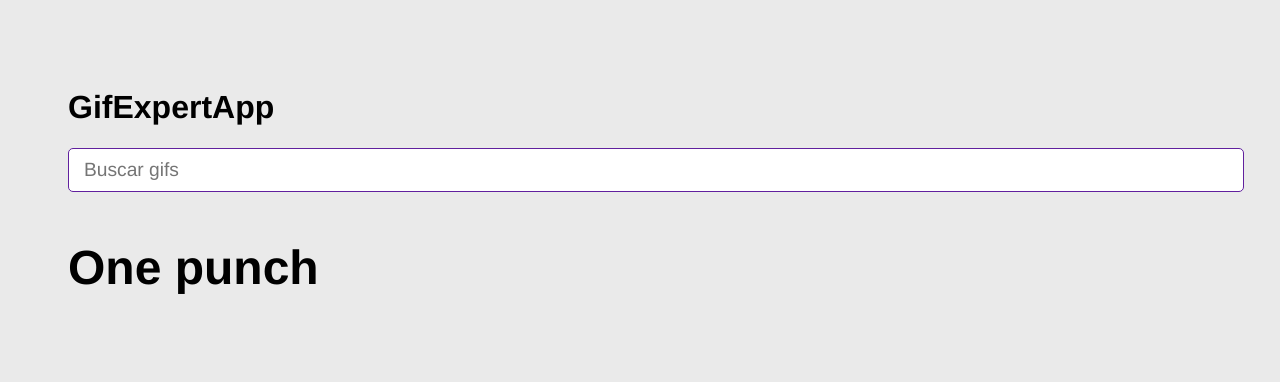
Repository: mmg0206/react-gif-expert
Page: /
The author's editor kept a copy of each file at every save. The page is drawn from the files as they stood at one save, then again after the next save.
The browser window is 1280 px wide. The pictures show the whole page.
The page's requests for data from a server got no answer. The project was rebuilt for these pictures with package versions that can differ from the ones it lists, and the page was loaded fresh each time. No one was signed in, and anything a server would have sent is missing. Also part of the build but not shown: vite.config.js, src/components/GifItem.jsx.

Above is the page before, as saved 2024-04-17 12:08:31.

### src/main.jsx
import React from 'react'
import ReactDOM from 'react-dom/client'
import { GifExpertApp } from './GifExpertApp.jsx'
import './styles.css';

if (import.meta.hot) {
  import.meta.hot.on(
    "vite:beforeUpdate",
    /* eslint-disable-next-line no-console */
    () => console.clear()
  );
}

ReactDOM.createRoot(document.getElementById('root')).render(
  <React.StrictMode>
    <GifExpertApp/>
  </React.StrictMode>
)

### src/GifExpertApp.jsx
import { useState } from "react";
import {AddCategory} from "./components/AddCategory";
import GifGrid from "./components/GifGrid";

export const GifExpertApp = () => {
  // const apiKey ='Ls33XwmjLip5m9fo9lFfzjgpz7a8Isa8';
  const [categories, setCategories] = useState(['One punch']);

  const onAddCategory = (newValue)=>{
    if(categories.includes(newValue)) return;
    setCategories(categories.concat(newValue));
  }


  return (
    <>
      <h1>GifExpertApp</h1>

      <AddCategory
        onNewCategory={ event => onAddCategory(event)}
      />

      {
        categories.map( category =>(<GifGrid key={category} category={category}/>))
      }

    </>
  )
}

### src/components/AddCategory.jsx
import { useState } from "react"

export const AddCategory = ({onNewCategory}) => {
    const [inputValue, setInputValue] = useState('');

    const onInputChange = ({target})=>{
        setInputValue(target.value)
    }

    const onSubmit = (event) =>{
        event.preventDefault();
        if(inputValue.trim().length <=1) return;
        onNewCategory(inputValue.trim());
        setInputValue('');
    }

    return (
        <form onSubmit={(e)=>onSubmit(e)}>
            <input
                type="text"
                placeholder="Buscar gifs"
                value={inputValue}
                onChange={(e)=>onInputChange(e)}
            />
        </form>
    )
}

### src/components/GifGrid.jsx
import GifItem from "./GifItem";
import useFetchGifs from "../hooks/useFetchGifs";

const GifGrid = ({category}) => {

  const {images, isLoading} = useFetchGifs(category);


  return (
    <>
      <h3>{category}</h3>
      <div className="card-grid">
        {
          images.map( (img)=>(
          <GifItem key={img.id} {...img}/>
        ))
        }
      </div>
    </>
  )
}

export default GifGrid

### src/hooks/useFetchGifs.js
import { useEffect, useState } from "react";
import { getGifs } from "../helpers/getGifs";


  const useFetchGifs = (category) => {

  const [images, setImages] = useState([]);
  const [isLoading, setIsLoading] = useState(true);

  const getImages = async () =>{
    const newImages = await getGifs(category);
    setImages(newImages);
    setIsLoading(false);
  }

  useEffect(()=>{
    getImages();
  },[]);

    return {
        images,
        isLoading
    }
  }

  export default useFetchGifs

### src/helpers/getGifs.js
export const getGifs = async (category) =>{

    const url=`http://api.giphy.com/v1/gifs/search?api_key=Ls33XwmjLip5m9fo9lFfzjgpz7a8Isa8&q=${category}&limit=10`;
    const resp = await fetch(url);
    const {data} = await resp.json();

    const gifs = data.map( img => ({
      id: img.id,
      title: img.title,
      url: img.images.downsized_medium.url
    }))
    return gifs;
}

Loaded but not shown: index.html (common file); src/styles.css (common file)

After the next save:
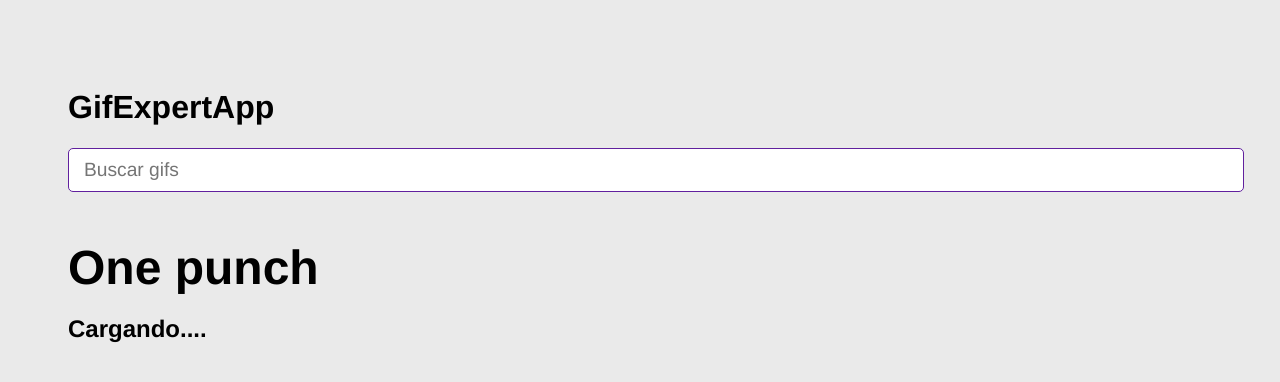
Saved 39 min 50 s later.
--- a/src/components/GifGrid.jsx
+++ b/src/components/GifGrid.jsx
@@ -9,6 +9,9 @@ const GifGrid = ({category}) => {
   return (
     <>
       <h3>{category}</h3>
+      {
+        isLoading && <h2>Cargando....</h2>
+      }
       <div className="card-grid">
         {
           images.map( (img)=>(
